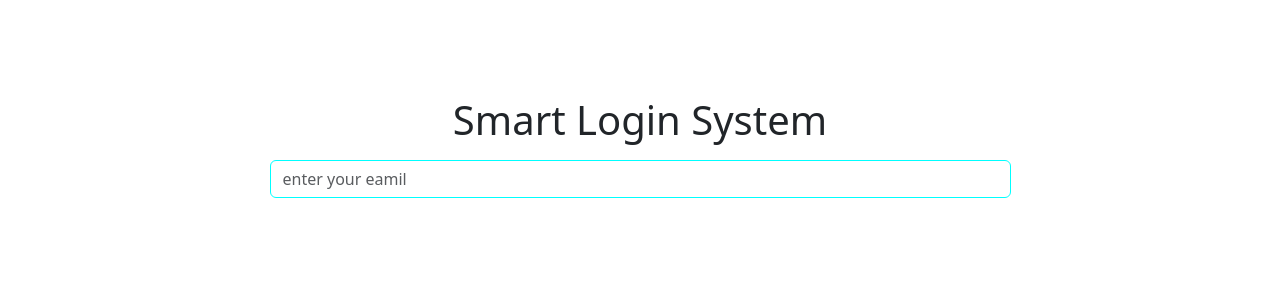
Repository: bodajava/TASK-4
Page: index.html
These files come from the project's save history. The page is drawn as it stood at one moment and after the next save; the edit follows.
The browser window is 1280 px wide. The pictures show the whole page.

Above is the page before, as saved 2025-06-16 18:32:00.

After the next save:
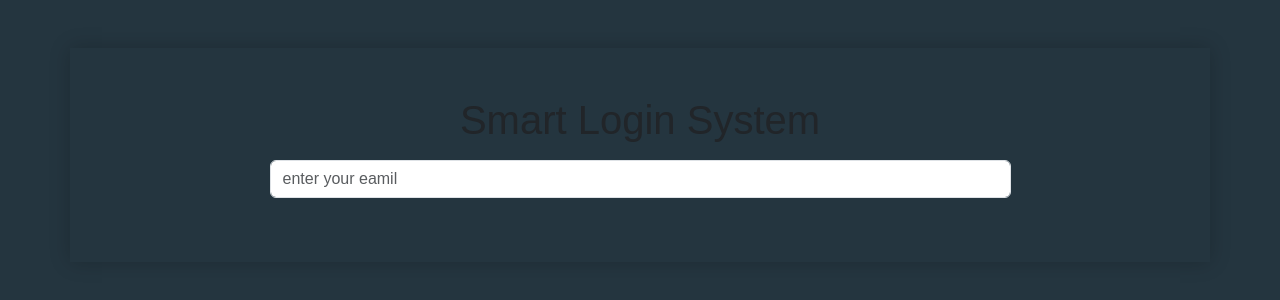
Saved 2 s later.
--- a/CSS/style.css
+++ b/CSS/style.css
@@ -4,62 +4,15 @@
   box-sizing: border-box;
 }
 
-      background: linear-gradient(135deg, #0f2027, #203a43, #2c5364);
-      height: 100vh;
-      display: flex;
-      align-items: center;
-      justify-content: center;
-      font-family: Arial, sans-serif;
-    }
+body {
+  background-color: #24353f;
 
-    .login-box {
-      background-color: rgba(0, 0, 0, 0.6);
-      padding: 40px;
-      border-radius: 10px;
-      width: 100%;
-      max-width: 400px;
-      box-shadow: 0 0 20px rgba(0, 255, 255, 0.2);
-      color: #fff;
-    }
+  display: flex;
+  justify-content: center;
+  align-items: center;
+  font-family: Arial, sans-serif;
+}
 
-    .login-box h2 {
-      text-align: center;
-      margin-bottom: 30px;
-      color: #00ffff;
-    }
-
-    .form-control {
-      background-color: transparent;
-      border: 1px solid #00ffff;
-      color: #fff;
-    }
-
-    .form-control:focus {
-      border-color: #00ffff;
-      box-shadow: none;
-    }
-
-    .btn-custom {
-      background-color: transparent;
-      border: 1px solid #00ffff;
-      color: #00ffff;
-    }
-
-    .btn-custom:hover {
-      background-color: #00ffff;
-      color: #000;
-    }
-
-    .signup-link {
-      margin-top: 15px;
-      text-align: center;
-    }
-
-    .signup-link a {
-      color: #00ffff;
-      text-decoration: none;
-    }
-
-    .signup-link a:hover {
-      text-decoration: underline;
-    }
+#item {
+  box-shadow: 0 0 20px rgba(0, 0, 0, 0.2);
+}
